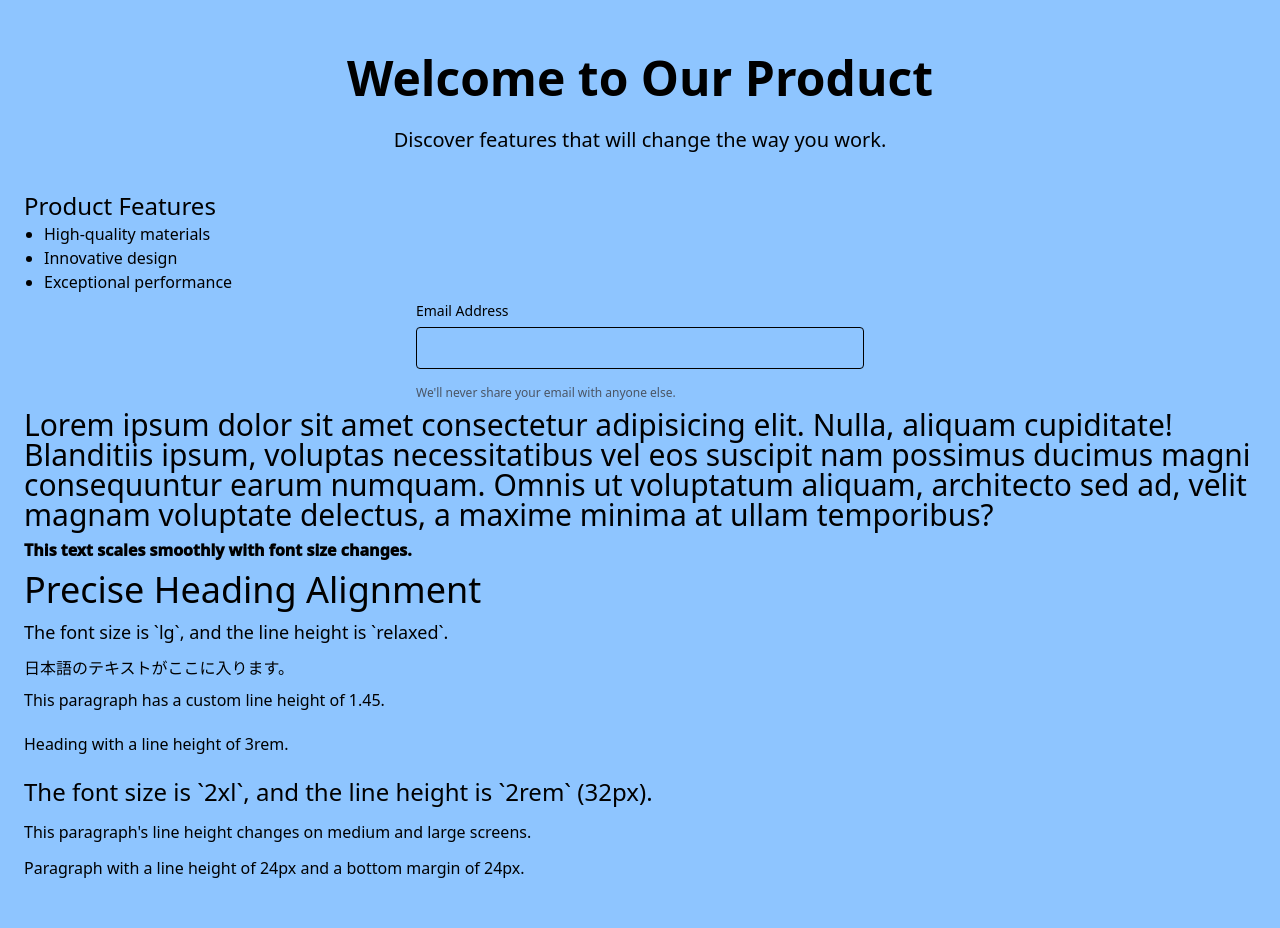
Repository: DinTri/TailwindCss
Page: index.html
These files come from the project's save history. The page is drawn as it stood at one moment and after the next save; the edit follows.
The browser window is 1280 px wide. The pictures show the whole page.
Some web fonts or font styles are not loaded; a fallback is used.

Above is the page before, as saved 2025-06-09 21:54:08.

### index.html
<!DOCTYPE html>
<html lang="en">
  <head>
    <meta charset="UTF-8">
    <meta name="viewport" content="width=device-width, initial-scale=1">
    <title>Play with Tailwind</title>
    <link rel="preconnect" href="https://fonts.googleapis.com">
<link rel="preconnect" href="https://fonts.gstatic.com" crossorigin>
<link href="https://fonts.googleapis.com/css2?family=Edu+VIC+WA+NT+Hand+Pre:wght@400..700&display=swap" rel="stylesheet">
    <link rel="stylesheet" href="style.css">
    </head>
  <body class="bg-blue-300">
    <div class="m-2 p-4 space-y-2">
      <section class="text-center py-6">
  <h1 class="text-5xl leading-tight font-bold">
    Welcome to Our Product
  </h1>
  <p class="text-xl leading-relaxed mt-4">
    Discover features that will change the way you work.
  </p>
</section>
<div class="product-description">
  <h2 class="text-2xl leading-snug">
    Product Features
  </h2>
  <ul class="list-disc pl-5 leading-normal">
    <li>High-quality materials</li>
    <li>Innovative design</li>
    <li>Exceptional performance</li>
  </ul>
</div>
<form class="max-w-md mx-auto">
  <label id="testLabel" class="block text-sm leading-tight mb-2">
    Email Address
  </label>
  <input type="email" aria-labelledby="testLabel" class="w-full border rounded px-3 py-2 mb-4">
  <small class="block text-xs leading-snug text-gray-600">
    We'll never share your email with anyone else.
  </small>
</form>
    <p class="text-3xl leading-none">Lorem ipsum dolor sit amet consectetur adipisicing elit. Nulla, aliquam cupiditate! Blanditiis ipsum, voluptas necessitatibus vel eos suscipit nam possimus ducimus magni consequuntur earum numquam. Omnis ut voluptatum aliquam, architecto sed ad, velit magnam voluptate delectus, a maxime minima at ullam temporibus?</p>
    <p class="text-base leading-normal font-[var(--font-extbold)]">
  This text scales smoothly with font size changes.
</p>
<h1 class="text-4xl leading-10">
  Precise Heading Alignment
</h1>
<p class="text-lg/relaxed">
  The font size is `lg`, and the line height is `relaxed`.
</p>
<p class="leading-relaxed" lang="ja">
  日本語のテキストがここに入ります。
</p>
<p class="leading-[1.45]">
  This paragraph has a custom line height of 1.45.
</p>

<h1 class="leading-[3rem]">
  Heading with a line height of 3rem.
</h1>
<p class="text-2xl/8">
  The font size is `2xl`, and the line height is `2rem` (32px).
</p>
<p class="leading-normal md:leading-relaxed lg:leading-loose">
  This paragraph's line height changes on medium and large screens.
</p>
<p class="text-base leading-6 mb-6">
  Paragraph with a line height of 24px and a bottom margin of 24px.
</p>
  </div>
  </body>
</html>

Loaded but not shown: style.css (2230 lines, source omitted)

After the next save:
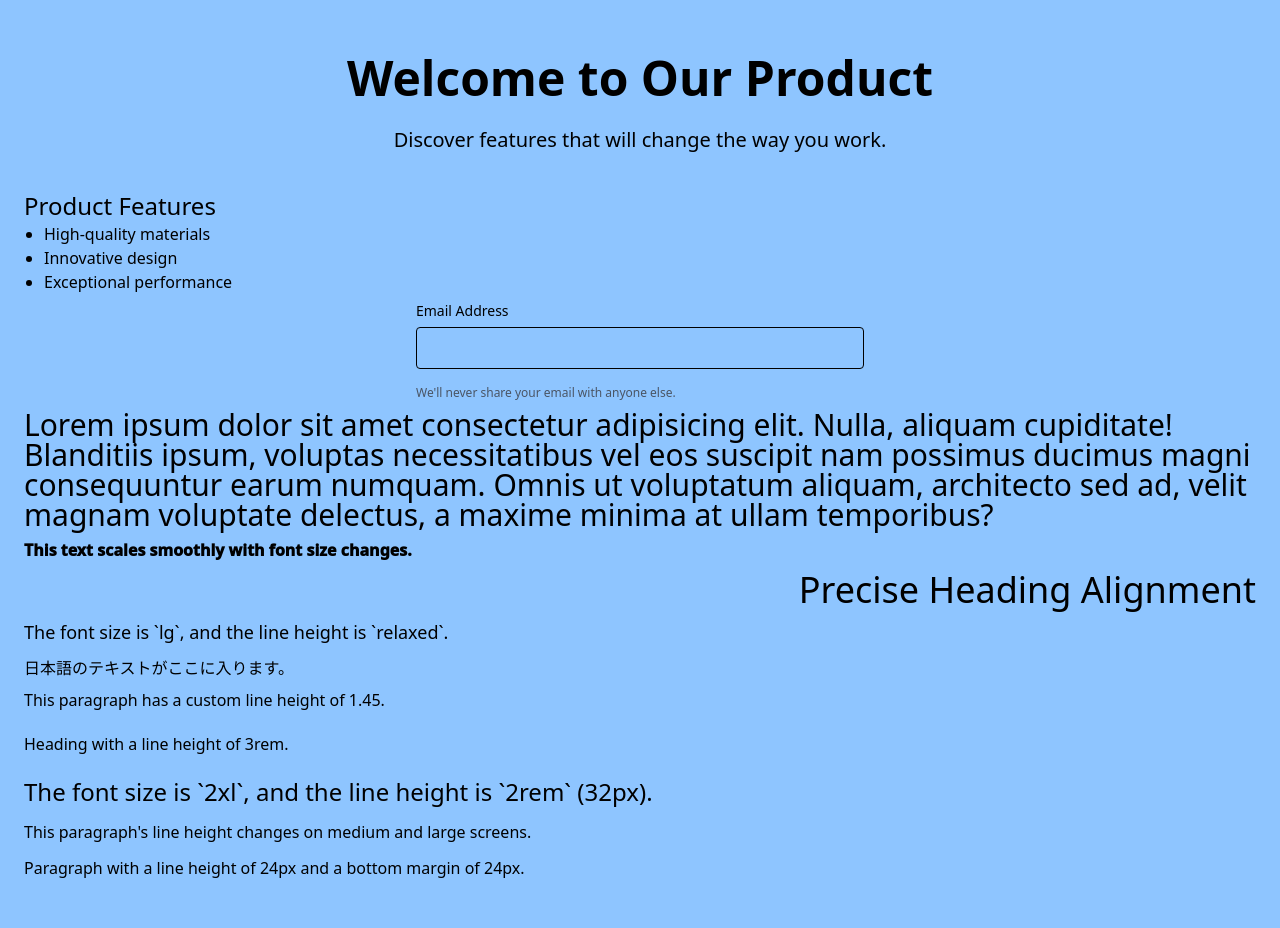
Saved 2 min 20 s later.
--- a/index.html
+++ b/index.html
@@ -42,7 +42,7 @@
     <p class="text-base leading-normal font-[var(--font-extbold)]">
   This text scales smoothly with font size changes.
 </p>
-<h1 class="text-4xl leading-10">
+<h1 class="text-4xl leading-10 text-right">
   Precise Heading Alignment
 </h1>
 <p class="text-lg/relaxed">
